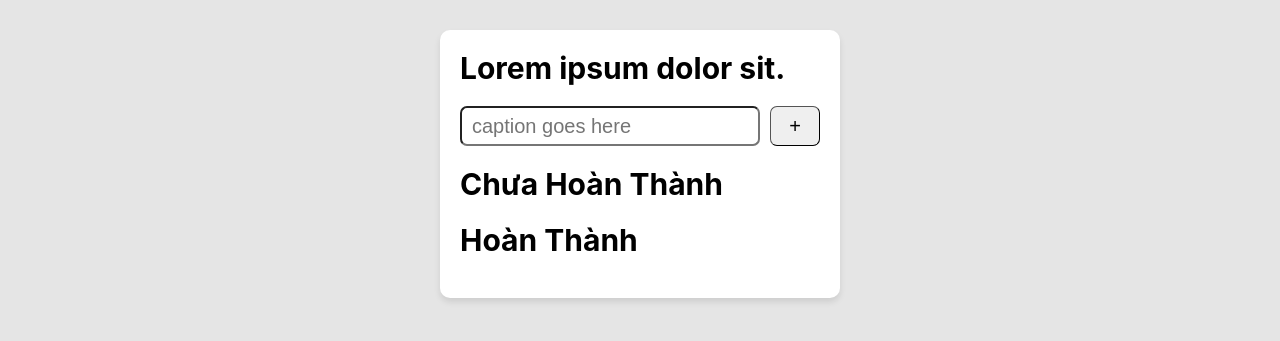
Repository: hungdomanh95/focus
Page: /
These files come from the project's save history. The page is drawn as it stood at one moment and after the next save; the edit follows.
The browser window is 1280 px wide. The pictures show the whole page.
The project was rebuilt for these pictures with package versions that can differ from the ones it lists, and the page was loaded fresh each time.

Above is the page before, as saved 2023-04-09 01:50:41.

After the next save:
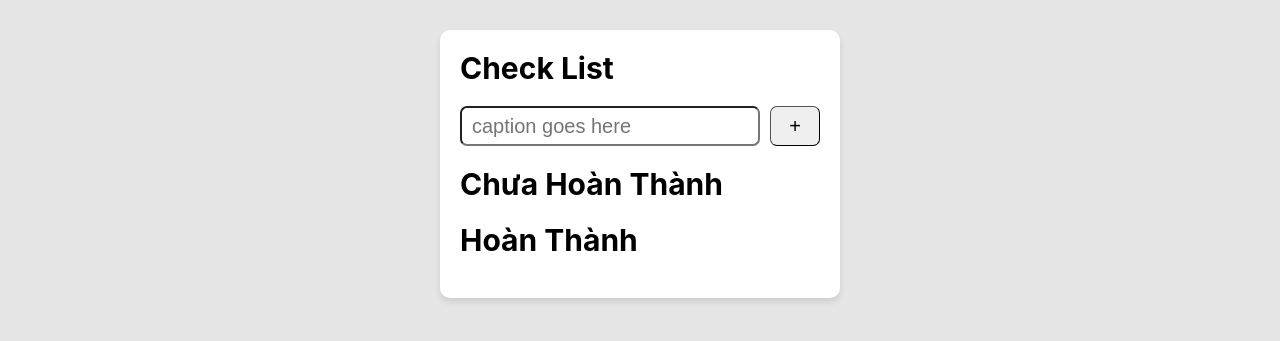
Saved 12 s later.
--- a/src/components/TaskInput/TaskInput.tsx
+++ b/src/components/TaskInput/TaskInput.tsx
@@ -19,7 +19,7 @@ function TaskInput(props: TaskInputProps) {
   }
   return (
     <div className='mb-2'>
-      <h1 className={styles.title}>Lorem ipsum dolor sit.</h1>
+      <h1 className={styles.title}>Check List</h1>
       <form className={styles.form} onSubmit={handleSubmit} >
         <input type='text' placeholder='caption goes here' value={name} onChange={onChangeInput} />
         <button type='submit' >+</button>
